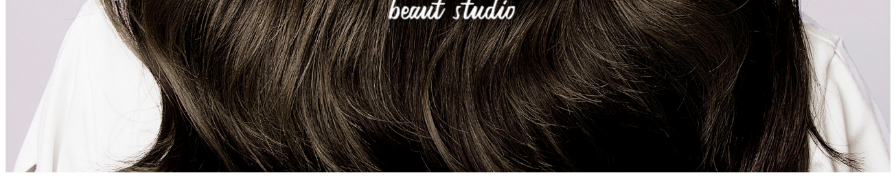
Repository: marllon-hetzler/Site-Duffhaus-studiodebeleza
Page: home.html
The author's editor kept a copy of each file at every save. The page is drawn from the files as they stood at one save, then again after the next save.
The browser window is 1280 px wide. The pictures show the part of the page from y = 473 to 2393 px (the page is 731 px tall before and 5733 px after), at 70% of full size.

Above is the page before, as saved 2023-02-20 12:54:27.

### home.html
<!DOCTYPE html>
<html lang="en">
<head>
    <meta charset="UTF-8">
    <meta http-equiv="X-UA-Compatible" content="IE=edge">
    <meta name="viewport" content="width=device-width, initial-scale=1.0">
    <link rel="icon" type="icon" href="png/Duff Haus.ico"/>
    <link rel="stylesheet" href="style.css">
        <title>Duff Haus</title>
</head>
<body>
    <div>
        <img src="png/Home.png" class="png">
    </div>

</body>
</html>

### style.css
.png{
    width: 100%;
}

After the next save:
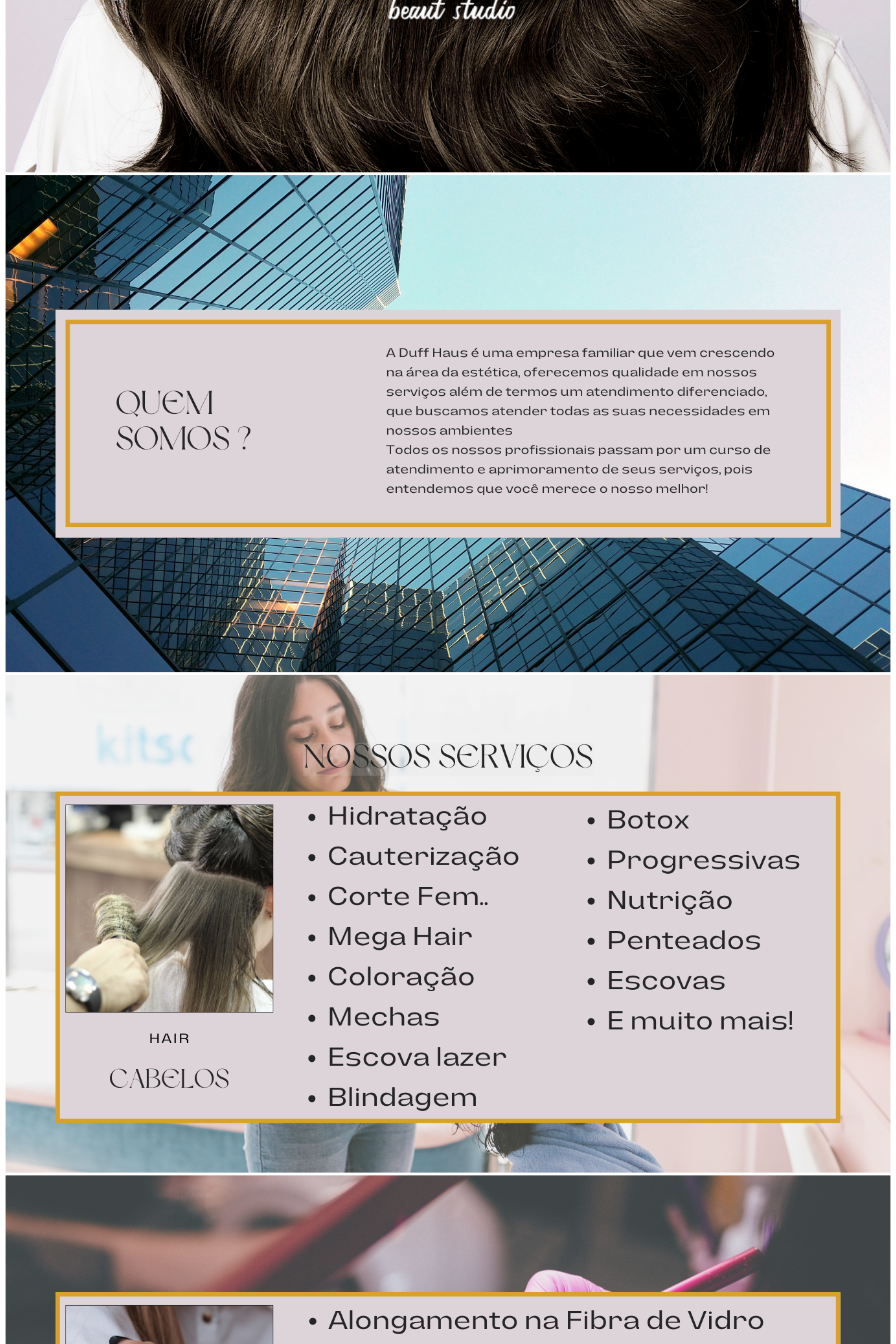
Saved 2 min 21 s later.
--- a/home.html
+++ b/home.html
@@ -11,6 +11,14 @@
 <body>
     <div>
         <img src="png/Home.png" class="png">
+        <img src="png/About Us.png" class="png">
+        <img src="png/Services.png" class="png">
+        <img src="png/4.png" class="png">
+        <img src="png/5.png" class="png">
+        <img src="png/6.png" class="png">
+        <img src="png/7.png" class="png">
+        <img src="png/8.png" class="png">
+
     </div>
 
 </body>
